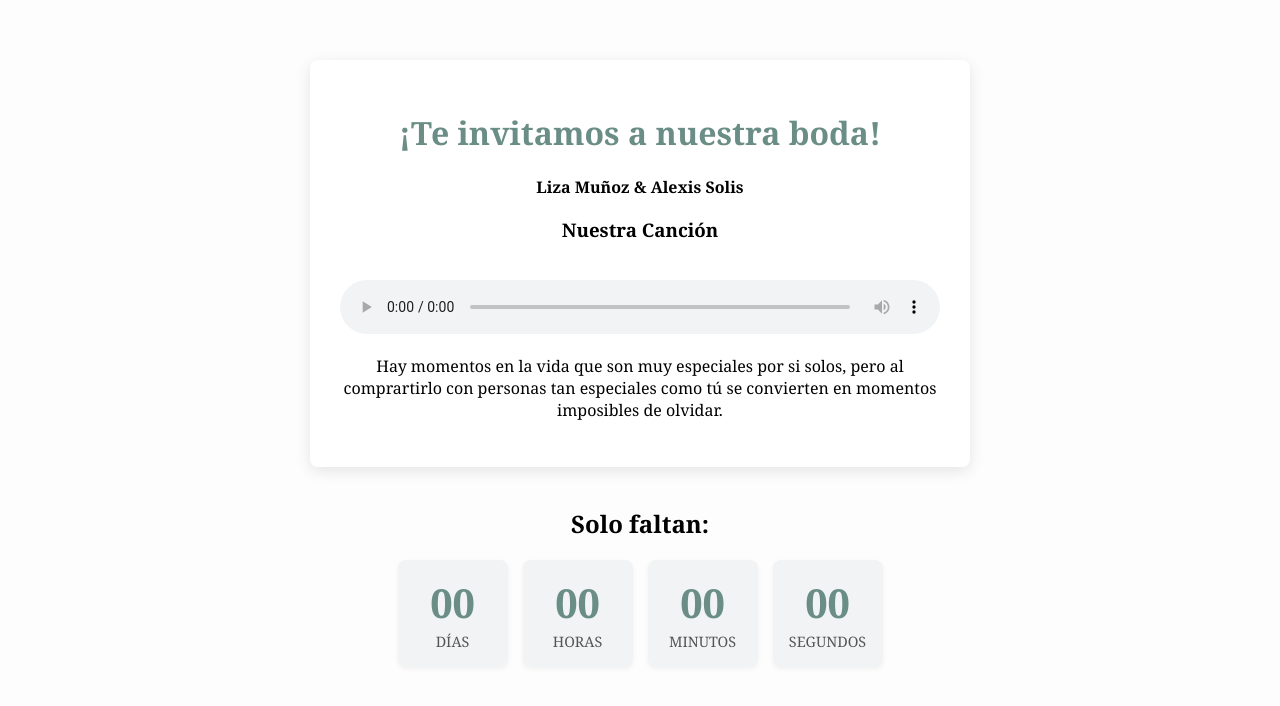
Repository: shark1095/Invitaciones
Page: invitacion.html
These files come from the project's save history. The page is drawn as it stood at one moment and after the next save; the edit follows.
The browser window is 1280 px wide. The pictures show the whole page.
After loading, the first visible `#enter-button` was clicked once.

Above is the page before, as saved 2025-07-27 20:21:41.

### invitacion.html
<!DOCTYPE html>
<html lang="es">
<head>
    <meta charset="UTF-8">
    <meta name="viewport" content="width=device-width, initial-scale=1.0">
    <title>Nuestra Boda - Liza & Alexis</title>
    <link rel="stylesheet" href="invitacion.css">
    <script src="invitacion.js"></script>
</head>
<body>

    <!-- 1. PANTALLA DE BIENVENIDA QUE EL USUARIO VE PRIMERO -->
    <div id="splash-screen">
        <h2>Liza & Alexis</h2>
        <button id="enter-button">Abrir Invitación</button>
    </div>

    <!-- 2. INVITACIÓN REAL (OCULTA) -->
    <div id="invitacion-content">
        <div class="container">
            <h1>¡Te invitamos a nuestra boda!</h1>
            <p><strong>Liza Muñoz & Alexis Solis</strong></p>
            <h3>Nuestra Canción</h3>

            <audio controls loop id="nuestra-cancion">
                 <source src="elvis-presley-cant-help-falling-in-love-audio.mp3" type="audio/mpeg">
                 Tu navegador no soporta el elemento de audio.
            </audio>

            <p>Hay momentos en la vida que son muy especiales por si solos,
                pero al comprartirlo con personas tan especiales  como tú se convierten
                en momentos imposibles de olvidar.
            </p>
        </div>

        <div class="countdown-container">
            <h2>Solo faltan: </h2>
            <div id="countdown">
                <div class="time-box">
                    <span id="days">00</span>
                    <span>Días</span>
                </div>
                <div class="time-box">
                    <span id="hours">00</span>
                    <span>Horas</span>
                </div>
                <div class="time-box">
                    <span id="minutes">00</span>
                    <span>Minutos</span>
                </div>
                <div class="time-box">
                    <span id="seconds">00</span>
                    <span>Segundos</span>
                </div>
            </div>
        </div>
    </div>

</body>
</html>

### invitacion.css
       body {
            font-family: 'Georgia', serif;
            margin: 0;
            padding: 0;
        }

        /* --- PANTALLA DE BIENVENIDA --- */
        #splash-screen {
            position: fixed;
            top: 0;
            left: 0;
            width: 100%;
            height: 100%;
            background-color: #f3f3f3;
            display: flex;
            flex-direction: column;
            justify-content: center;
            align-items: center;
            text-align: center;
            z-index: 1000;
            transition: opacity 1s ease;
        }

        #splash-screen h2 {
            color: #333;
            font-size: 2.5em;
        }

        #enter-button {
            padding: 15px 30px;
            font-size: 1.2em;
            color: white;
            background-color: #6a8d86;
            border: none;
            border-radius: 50px;
            cursor: pointer;
            margin-top: 20px;
            transition: background-color 0.3s ease;
        }

        #enter-button:hover {
            background-color: #587872;
        }

        /* --- CONTENIDO DE LA INVITACIÓN (Inicialmente oculto) --- */
        #invitacion-content {
            display: none; /* Sigue oculto hasta el clic */
            padding: 20px;
            text-align: center;
            background-color: #fdfdfd;
        }

        .container {
            max-width: 600px;
            margin: 40px auto;
            background: white;
            padding: 30px;
            border-radius: 8px;
            box-shadow: 0 4px 15px rgba(0,0,0,0.1);
        }

        .container h1 {
            color: #6a8d86;
        }

        .container audio {
            width: 100%;
            margin-top: 20px;
        }

        /* --- ESTILOS DE LA CUENTA REGRESIVA --- */
        .countdown-container {
            margin: 30px 0;
        }
        #countdown {
            display: flex;
            flex-wrap: wrap; /* Para que se vea bien en móviles */
            justify-content: center;
            text-align: center;
            gap: 15px; /* Espacio entre las cajas */
        }
        .time-box {
            background-color: #f1f3f4;
            padding: 15px;
            border-radius: 8px;
            min-width: 80px;
            box-shadow: 0 2px 5px rgba(0,0,0,0.05);
        }
        .time-box span:first-child {
            display: block;
            font-size: 2.5em; /* Tamaño de los números */
            font-weight: bold;
            color: #6a8d86; /* El color verde de tu tema */
        }
        .time-box span:last-child {
            font-size: 0.9em;
            color: #555;
            text-transform: uppercase;
        }

### invitacion.js
window.addEventListener('load', () => {
            const enterButton = document.getElementById('enter-button');
            const splashScreen = document.getElementById('splash-screen');
            const invitationContent = document.getElementById('invitacion-content');

            const audio = document.getElementById('nuestra-cancion');

            enterButton.addEventListener('click', () => {
                audio.play();

                splashScreen.style.opacity = '0';
                setTimeout(() => {
                    splashScreen.style.display = 'none';
                }, 1000);

                invitationContent.style.display = 'block';
            });
        });

After the next save:
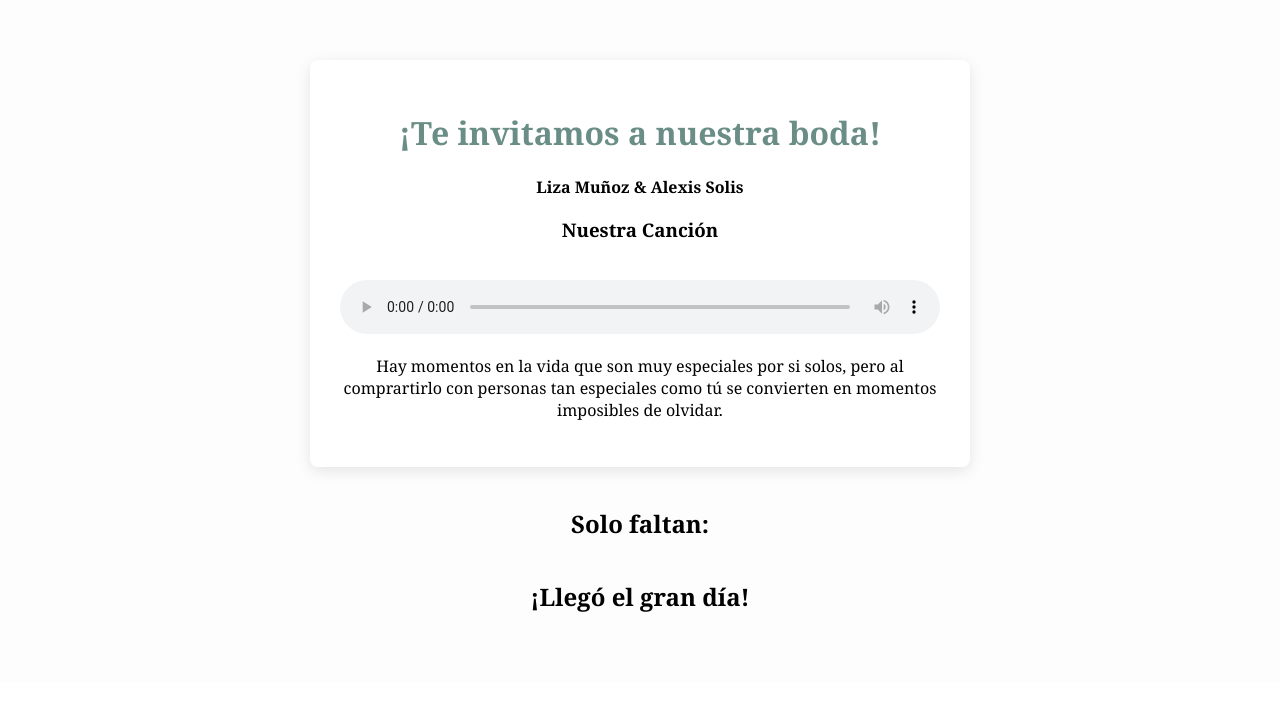
Saved 109 s later.
--- a/invitacion.js
+++ b/invitacion.js
@@ -13,6 +13,32 @@ window.addEventListener('load', () => {
                     splashScreen.style.display = 'none';
                 }, 1000);
 
-                invitationContent.style.display = 'block';
-            });
-        });
+        invitationContent.style.display = 'block';
+    });
+});
+
+const weddingDate = new Date("October 25, 2024 18:00:00").getTime();
+
+// Actualizar la cuenta regresiva cada segundo
+const countdownFunction = setInterval(() => {
+    const now = new Date().getTime();
+    const distance = weddingDate - now;
+
+    // Cálculos de tiempo
+    const days = Math.floor(distance / (1000 * 60 * 60 * 24));
+    const hours = Math.floor((distance % (1000 * 60 * 60 * 24)) / (1000 * 60 * 60));
+    const minutes = Math.floor((distance % (1000 * 60 * 60)) / (1000 * 60));
+    const seconds = Math.floor((distance % (1000 * 60)) / 1000);
+
+    // Mostrar los resultados en los elementos del HTML
+    document.getElementById("days").innerText = days < 10 ? '0' + days : days;
+    document.getElementById("hours").innerText = hours < 10 ? '0' + hours : hours;
+    document.getElementById("minutes").innerText = minutes < 10 ? '0' + minutes : minutes;
+    document.getElementById("seconds").innerText = seconds < 10 ? '0' + seconds : seconds;
+
+    // Si la cuenta regresiva termina
+    if (distance < 0) {
+        clearInterval(countdownFunction);
+        document.getElementById("countdown").innerHTML = "<h2>¡Llegó el gran día!</h2>";
+    }
+}, 1000);
